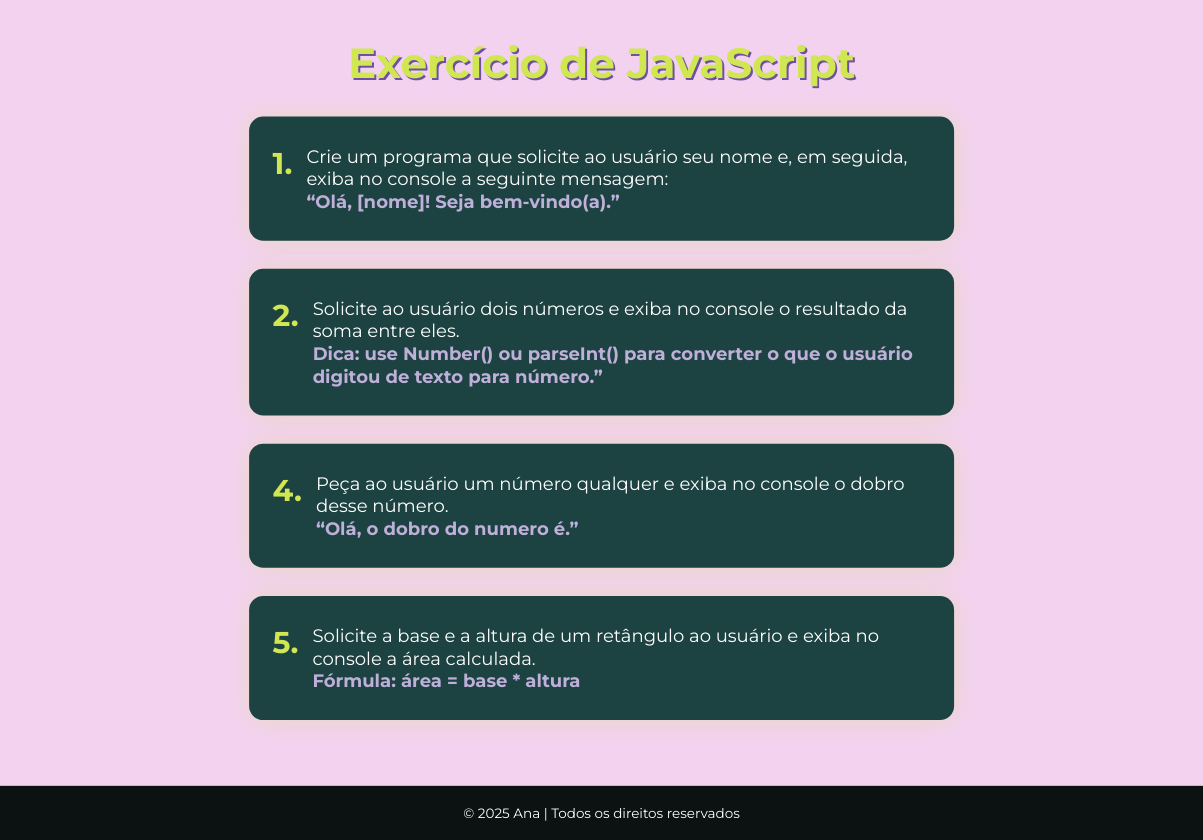
Repository: Anajaraa/atividadeJS
Page: index.html
An editor plug-in stored every save of this project. The page is shown before and after the next save, followed by the edit.
The browser window is 1280 px wide. The pictures show the whole page, at 94% of full size.
Some web fonts or font styles are not loaded; a fallback is used.

Above is the page before, as saved 2025-08-05 12:07:33.

### index.html
<!DOCTYPE html>
<html lang="pt-br">
<head>
  <meta charset="UTF-8" />
  <meta name="viewport" content="width=device-width, initial-scale=1.0" />
  <title>Exercícios de JavaScript</title>
  <link rel="stylesheet" href="style.css" />
</head>
<body>
    <main class="container">
    <h1>Exercício de JavaScript</h1>
    <section class="card">
      <p class="numero">1.</p>
      <p class="descricao">
        Crie um programa que solicite ao usuário seu nome e, em seguida, exiba no console a seguinte mensagem: <br>
        <strong>“Olá, [nome]! Seja bem-vindo(a).”</strong>
      </p>
    </section>
    <section class="card">
      <p class="numero">2.</p>
      <p class="descricao">
        Solicite ao usuário dois números e exiba no console o resultado da soma entre eles.
  <br>
        <strong>Dica: use Number() ou parseInt() para converter o que o usuário digitou de texto para número.”</strong>
      </p>
    </section>

     <section class="card">
      <p class="numero">4.</p>
      <p class="descricao">
        Peça ao usuário um número qualquer e exiba no console o dobro desse número.
  <br>
        <strong>“Olá, o dobro do numero é.”</strong>
      </p>
    </section>

     <section class="card">
      <p class="numero">5.</p>
      <p class="descricao">
        Solicite a base e a altura de um retângulo ao usuário e exiba no console a área calculada.
  <br>
        <strong>Fórmula: área = base * altura</strong>
      </p>
    </section>

  </main>

  <footer>
    © 2025 Ana | Todos os direitos reservados
  </footer>
</body>
<script src="script.js"></script>
</html>

### style.css

@import url('https://fonts.googleapis.com/css2?family=Montserrat:ital,wght@0,100..900;1,100..900&family=Sofia&display=swap');
/* Reset básico */
/* Reset */
* {
  margin: 0;
  padding: 0;
  box-sizing: border-box;
}

body {
  font-family: "Montserrat", sans-serif;
  background-color: #f3d2f0;
  color: #ffffff;
  display: flex;
  flex-direction: column;
  min-height: 100vh;
}

.container {
  flex: 1;
  display: flex;
  flex-direction: column;
  align-items: center;
  justify-content: center;
  padding: 40px 20px;
  text-align: center;
}

h1 {
  font-size: 2.8rem;
  margin-bottom: 30px;
  color: #d1e751;
  text-shadow: 2px 2px #6d51a0;
}

.card {
  background-color: #1d4242;
  padding: 30px 25px;
  border-radius: 15px;
  max-width: 750px;
  width: 90%;
  box-shadow: 0 0 25px rgba(209, 231, 81, 0.3);
  display: flex;
  gap: 15px;
  align-items: flex-start;
  margin-bottom: 30px; /* <<< AQUI ESTÁ A MÁGICA */
}

.numero {
  font-size: 2rem;
  color: #d1e751;
  font-weight: bold;
}

.descricao {
  font-size: 1.2rem;
  color: #ffffff;
  text-align: left;
}

.descricao strong {
  color: #bfb0da;
  font-weight: bold;
}

footer {
  text-align: center;
  padding: 20px;
  font-size: 0.9rem;
  background-color: #0c1111;
  color: #ffffff;
}

### script.js


//RESPOSTA Exercício 1
//const nome = prompt("Digite seu nome:");
//alert(`Olá, ${nome}! Seja bem-vindo(a).`);

//RESPOSTA Exercício 2
//const num1 = prompt("Digite um número:");
//const num2 = prompt("Digite outro número:");
//const soma = parseInt(num1) + parseInte(num2);
//alert(`A soma dos números é: ${soma}`);

//RESPOSTA Exercício 4
//onst num = prompt("Digite um número:");
//const doub = parseInt(num) * 2;
//alert(`O dobro do número é: ${doub}`);


//RESPOSTA Exercício 5

//const base =  prompt("Digite a base:");
//const altura = prompt("Digite a altura:");
//const area = parseFloat(base) * parseFloat(altura);
//console.log(`A área do retângulo é: ${area}`);

After the next save:
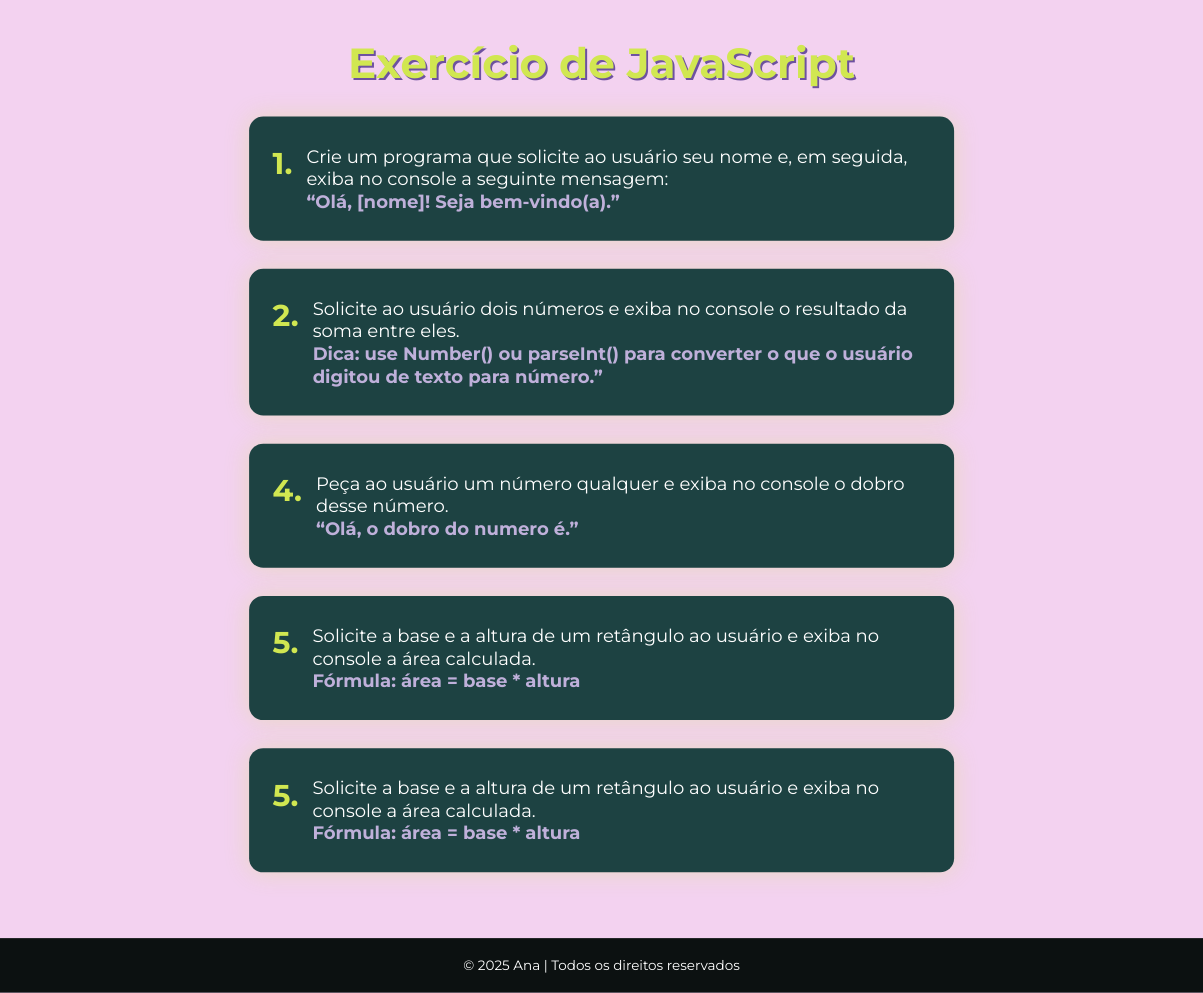
Saved 14 s later.
--- a/index.html
+++ b/index.html
@@ -43,6 +43,15 @@
       </p>
     </section>
 
+     <section class="card">
+      <p class="numero">5.</p>
+      <p class="descricao">
+        Solicite a base e a altura de um retângulo ao usuário e exiba no console a área calculada.
+  <br>
+        <strong>Fórmula: área = base * altura</strong>
+      </p>
+    </section>
+
   </main>
 
   <footer>
